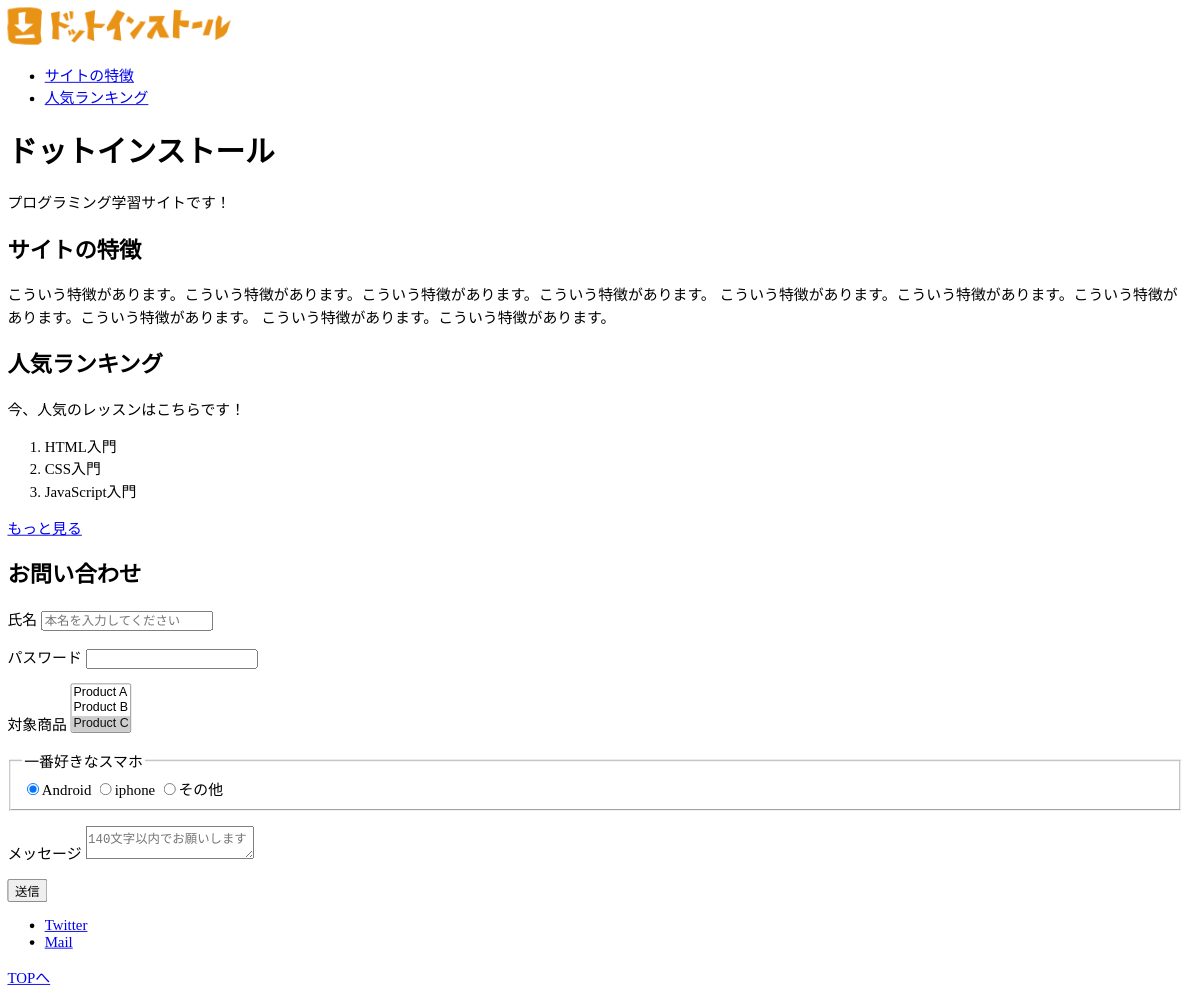
Repository: kojimayu/dotinstall-html
Page: index.html
An editor plug-in stored every save of this project. The page is shown before and after the next save, followed by the edit.
The browser window is 1280 px wide. The pictures show the whole page, at 93% of full size.

Above is the page before, as saved 2019-04-05 09:45:56.

After the next save:
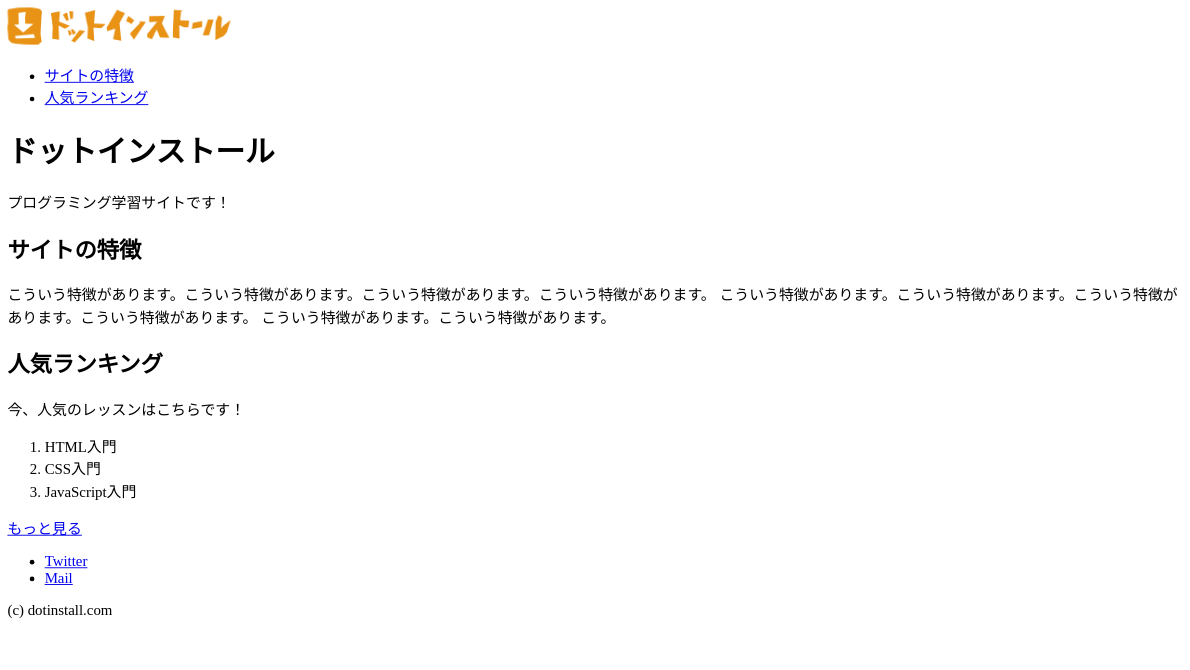
Saved 27 min 31 s later.
--- a/index.html
+++ b/index.html
@@ -9,12 +9,15 @@
 </head>
 
 <body>
-    <img src="img/logo.png" alt="ドットインストールのロゴです" width="240" height="40">
+    <header>
+        <img src="img/logo.png" alt="ドットインストールのロゴです" width="240" height="40">
 
-    <ul>
-        <li><a href="#features">サイトの特徴</a></li>
-        <li><a href="#ranking">人気ランキング</a></li>
-    </ul>
+        <ul>
+            <li><a href="#features">サイトの特徴</a></li>
+            <li><a href="#ranking">人気ランキング</a></li>
+        </ul>
+
+    </header>
 
     <h1>ドットインストール</h1>
     <p>プログラミング学習サイトです！</p>
@@ -33,50 +36,13 @@
         <li>JavaScript入門</li>
     </ol>
     <p><a href="more_lessons.html">もっと見る</a></p>
-
-    <h2>お問い合わせ</h2>
-    <form>
-        <p>
-            <label for="name">氏名</label>
-            <!-- <input type="text" id="name" value="名無しです"> -->
-            <input type="text" id="name" placeholder="本名を入力してください">
-        </p>
-        <p>
-            <label for="pwd">パスワード</label>
-            <input type="password" id="pwd">
-        </p>
-        <p>
-            <label for="product">対象商品</label>
-            <select id="product" size="3" multiple>
-                <option>Product A</option>
-                <option>Product B</option>
-                <option selected>Product C</option>
-                <option>Product D</option>
-                <option>Product F</option>
-            </select>
-        </p>
-
-        <fieldset>
-            <legend>一番好きなスマホ</legend>
-            <input type="radio" name="phone" id="android" checked><label for="android">Android</label>
-            <input type="radio" name="phone" id="iphone"><label for="iphone">iphone</label>
-            <input type="radio" name="phone" id="other"><label for="other">その他</label>
-        </fieldset>
-
-        <p>
-            <label for="messege">メッセージ</label>
-            <textarea id="messege" placeholder="140文字以内でお願いします"></textarea>
-        </p>
-        <p>
-            <button>送信</button>
-        </p>
-    </form>
-    <ul>
-        <li><a href="https://twitter.com/dotinstall" target="_blank">Twitter</a></li>
-        <li><a href="mailto:taguch@gmail.com" target="_blank">Mail</a></li>
-    </ul>
-
-    <p><a href="#top">TOPへ</a></p>
+    <footer>
+        <ul>
+            <li><a href="https://twitter.com/dotinstall" target="_blank">Twitter</a></li>
+            <li><a href="mailto:taguch@gmail.com" target="_blank">Mail</a></li>
+        </ul>
+        <p>(c) dotinstall.com</p>
+    </footer>
 </body>
 
 </html>
